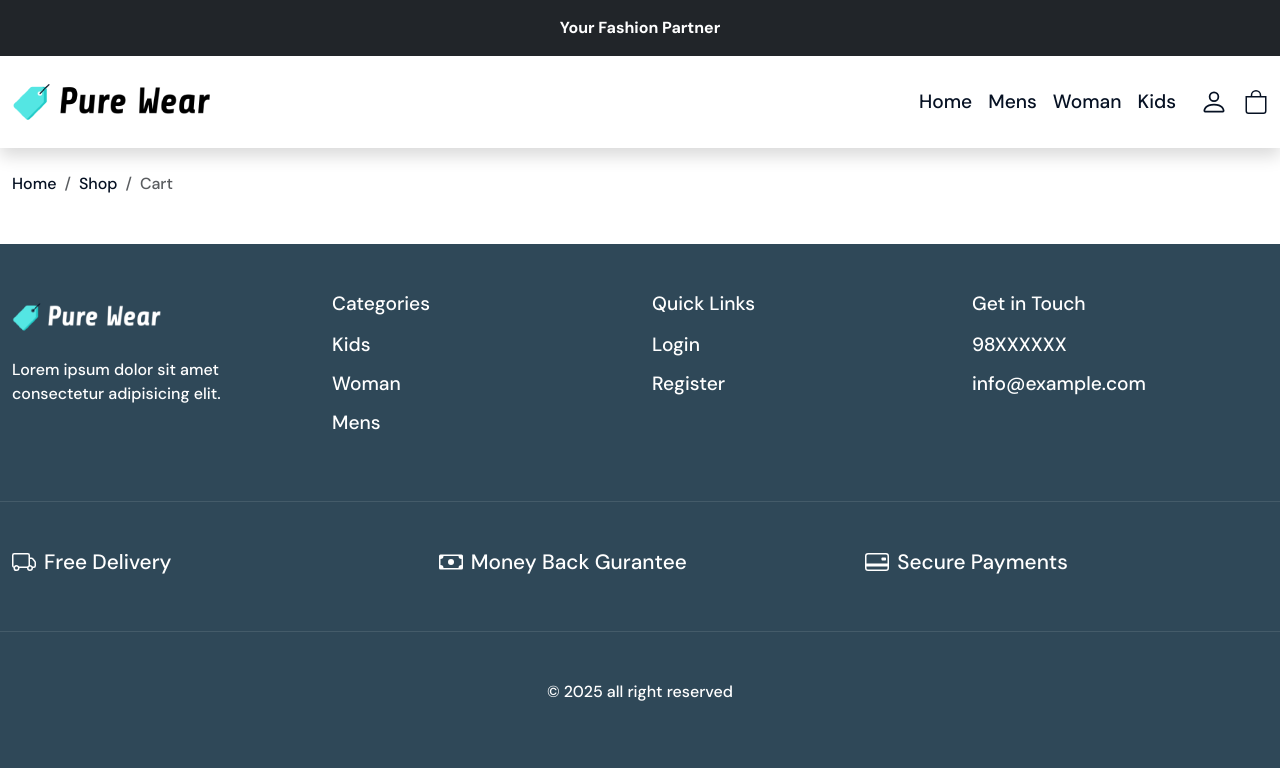
Repository: rajendratamang/react_ecommerce
Page: /cart
The author's editor kept a copy of each file at every save. The page is drawn from the files as they stood at one save, then again after a run of saves.
The browser window is 1280 px wide. The pictures show the whole page.
The project was rebuilt for these pictures with package versions that can differ from the ones it lists, and the page was loaded fresh each time. Also part of the build but not shown: vite.config.js, src/components/common/LatestProduct.jsx, src/components/common/FeaturedProducts.jsx, src/components/Home.jsx, src/components/Shop.jsx, src/components/Product.jsx.

Above is the page before, as saved 2025-11-06 14:45:59.

After the next 2 saves:
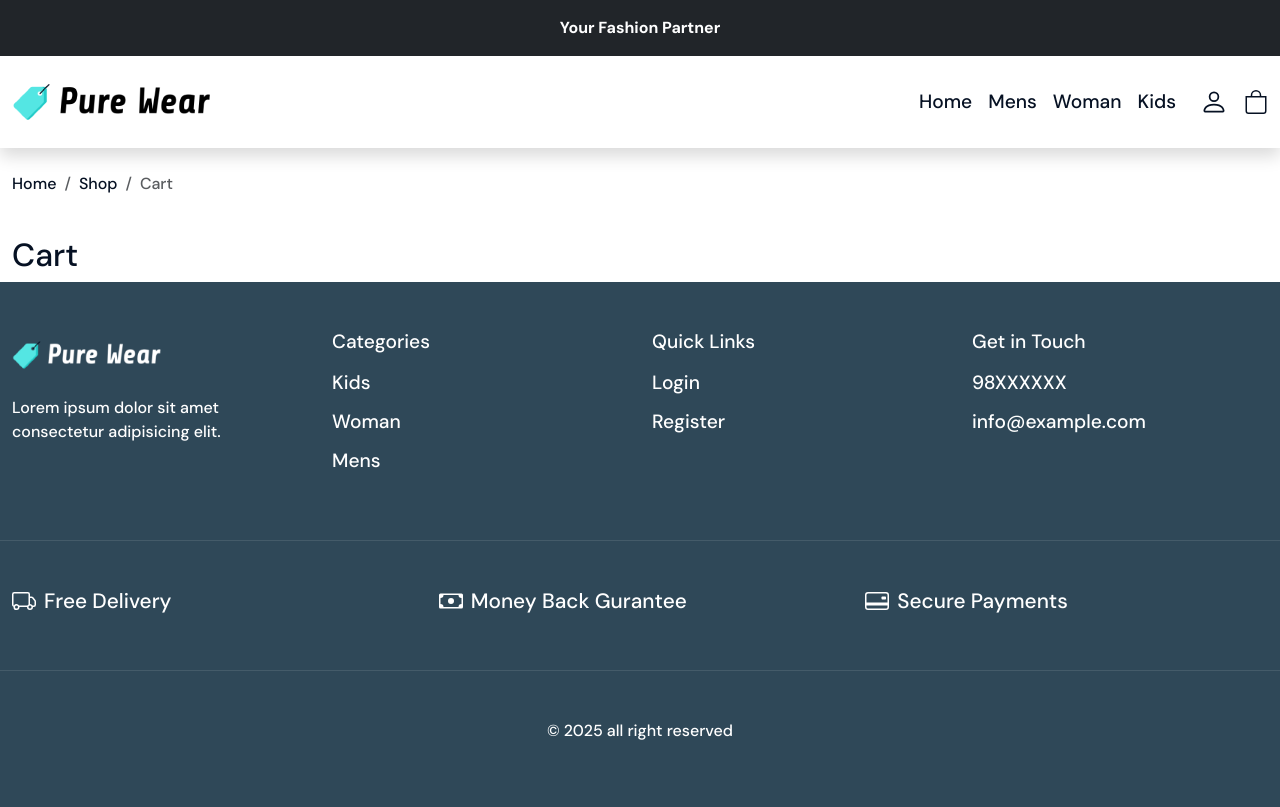
The 2 saves are shown as one change because they came seconds apart.
The last was saved 6 s later.
--- a/src/components/Cart.jsx
+++ b/src/components/Cart.jsx
@@ -19,7 +19,7 @@ const Cart = () => {
                         </nav>
                     </div>
                     <div className="col-md-12">
-                        <h2></h2>
+                        <h2>Cart </h2>
                     </div>
                 </div>
             </div>
